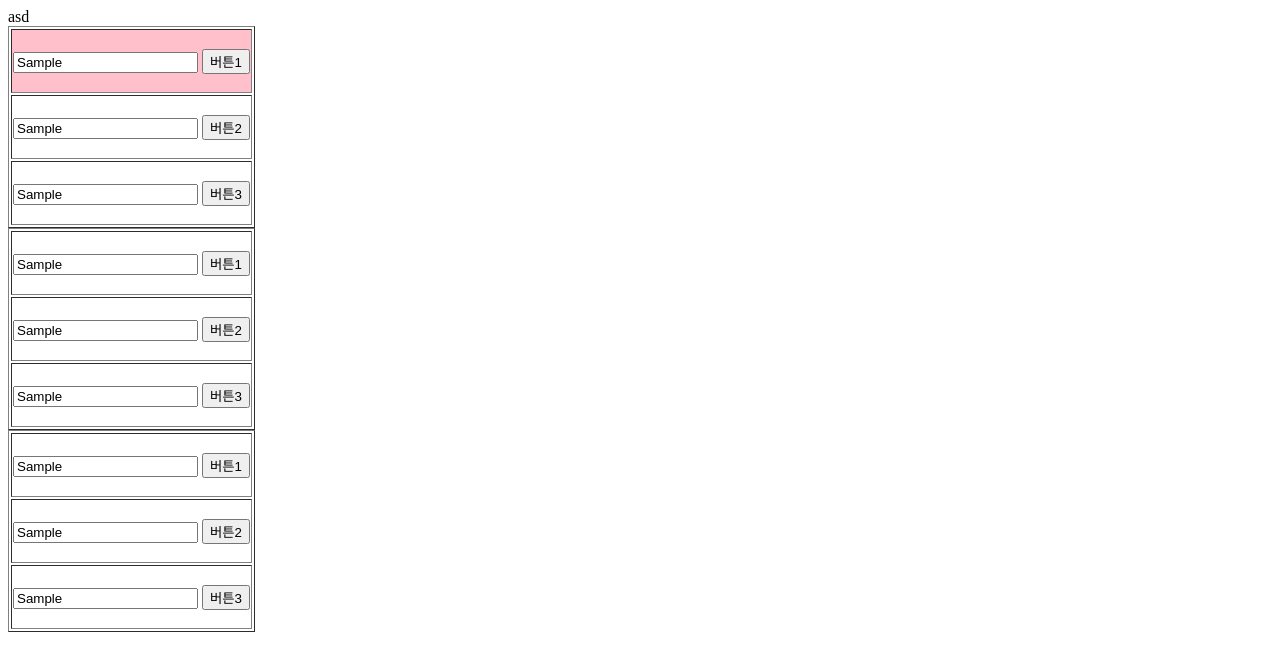
Repository: jojojojoya/programming
Page: dbworkspace/17_JQuery_/src/main/webapp/j6_Object_select.html
The author's editor kept a copy of each file at every save. The page is drawn from the files as they stood at one save, then again after the next save.
The browser window is 1280 px wide. The pictures show the whole page.
Empty fields were first filled with sample values (such as "Sample", 5 or name@example.com).
After loading, the first visible `td` was clicked once.

Above is the page before, as saved 2025-01-07 01:36:40.

### dbworkspace/17_JQuery_/src/main/webapp/j6_Object_select.html
<!DOCTYPE html>
<html>
<head>
<meta charset="UTF-8">
<title>Insert title here</title>
<script src="https://code.jquery.com/jquery-3.7.1.js"
integrity="sha256-eKhayi8LEQwp4NKxN+CfCh+3qOVUtJn3QNZ0TciWLP4=" crossorigin="anonymous"></script>
<script type="text/javascript">
 $(function() {
	 $('button').click(function() {
		 //this : 이벤트가 발생한 그 객체
		 $(this).css("background-color",'black');
		 // 버튼을 누르면 눌러진 그 버튼이 소속된 td의 배경색을 검정으로
		 $(this).parent().css('background-color','black')

		 //눌러진 버튼이 소속된 테이블의 크기를 400px로 변경
//		 $(this).parent().parent().parent().parent().css("width","400px")
//		 $(this).parent(3).css("width","400px")
		 $(this).closest('table').css("width","400px");
		 //버튼 옆에 인풋

		 let tdColor = $(this).parent().find('input').val();
		 alert(tdColor);
		 $(this).closest('td').css('border','5px solid' + tdColor);

	 })

	 // td를 클릭하면 ...


	 // 1. 해당 td의 배경색을 핑크로
	 //2 . 해당 td안에 있는 버튼의 배경색을 퍼플ㄹ로
	 //3 . 해당 td안에 있는 버튼의 width를 150px로

	 $(function(){
		 $('td').click(function(){
		 $(this).css("background-color",'pink');
		 $(this).closest('button').css('background-color', 'purple'); //1
		$(this).closest('button').css('width', '150px'); //1


		 })




	 });


 });

</script>
</script>

</head>
<body>
asd


<table border="1">
	<tr>
		<td height="60px">
			<input> <button> 버튼1 </button>
		</td>
	</tr>
	<tr>
		<td height="60px">
			<input> <button> 버튼2 </button>
		</td>
	</tr>
	<tr>
		<td height="60px">
			<input> <button> 버튼3 </button>
		</td>
	</tr>

</table>

<table border="1">
	<tr>
		<td height="60px">
			<input> <button> 버튼1 </button>
		</td>
	</tr>
	<tr>
		<td height="60px">
			<input> <button> 버튼2 </button>
		</td>
	</tr>
	<tr>
		<td height="60px">
			<input> <button> 버튼3 </button>
		</td>
	</tr>

</table>


<table border="1">
	<tr>
		<td height="60px">
			<input> <button> 버튼1 </button>
		</td>
	</tr>
	<tr>
		<td height="60px">
			<input> <button> 버튼2 </button>
		</td>
	</tr>
	<tr>
		<td height="60px">
			<input> <button> 버튼3 </button>
		</td>
	</tr>

</table>


</body>
</html>

After the next save:
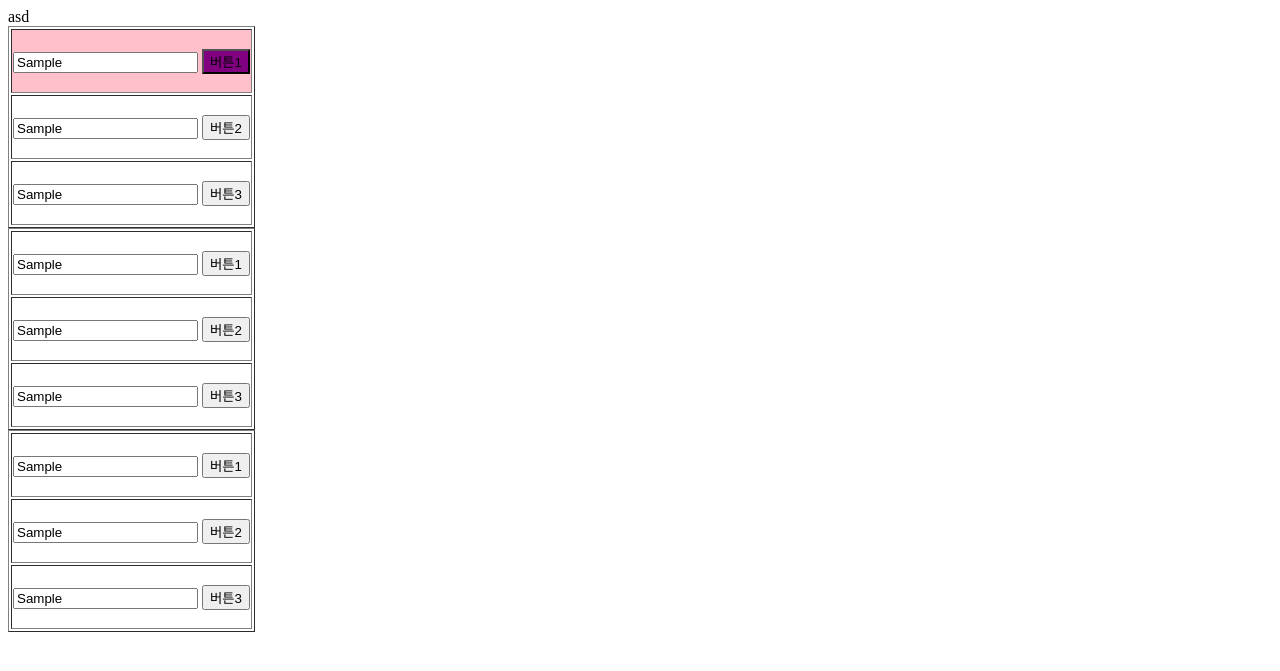
Saved 13 s later.
--- a/dbworkspace/17_JQuery_/src/main/webapp/j6_Object_select.html
+++ b/dbworkspace/17_JQuery_/src/main/webapp/j6_Object_select.html
@@ -35,7 +35,7 @@ integrity="sha256-eKhayi8LEQwp4NKxN+CfCh+3qOVUtJn3QNZ0TciWLP4=" crossorigin="ano
 	 $(function(){
 		 $('td').click(function(){
 		 $(this).css("background-color",'pink');
-		 $(this).closest('button').css('background-color', 'purple'); //1
+		 $(this).children('button').css('background-color', 'purple'); //1
 		$(this).closest('button').css('width', '150px'); //1
 
 
